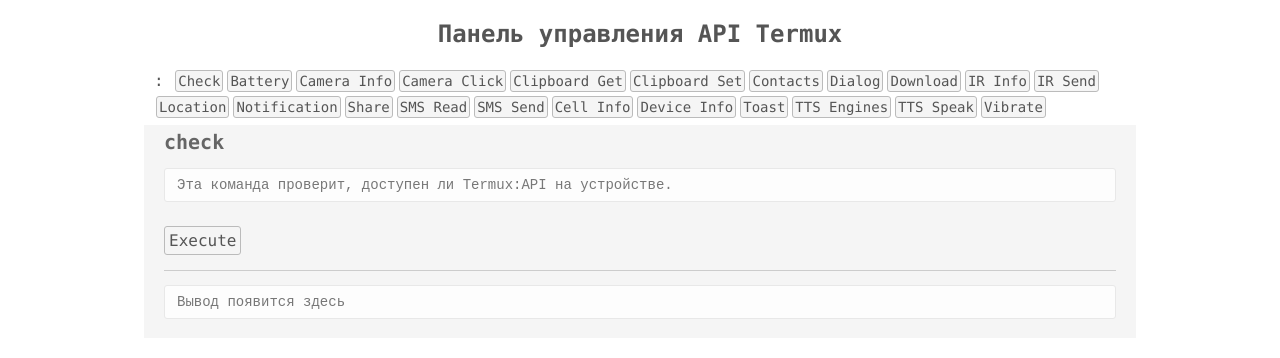
Repository: easy-quest/PHP-Termux-API
Page: http://localhost/api.php
The author's editor kept a copy of each file at every save. The page is drawn from the files as they stood at one save, then again after a run of saves.
The browser window is 1280 px wide. The pictures show the whole page.
The page is run by PHP 8.4 with error messages shown; the project is at /var/www/html/.

Above is the page before, as saved 2021-12-02 01:54:46.

### api.php
<?php
if(isset($_REQUEST['command']) && isset($_REQUEST['param'])){
  /* Check if Termux:API is available */
  if($_REQUEST['command']=="check"){
    $test = shell_exec('termux-battery-status -h');
    if (substr($test, 0, 5) === 'Usage'){
      die("Termux:API is available");
    }
    else{
      die("Termux:API is not available");
    }
  }

  $command=$_REQUEST['command'];
  $param=$_REQUEST['param'];
  if(!$param==""){
    $response=shell_exec("$command $param");
  }
  else{
    $response=shell_exec("$command");
  }

  echo $response;
  exit();
}
?>
<!DOCTYPE html>
<html>
<head>
<meta name="viewport" content="width=device-width, initial-scale=1.0">
<style>
* {
  box-sizing: border-box;
}
.btn{
  background-color:#f5f5f5;
  display: inline-block;
  color: #555;
  text-align: center;
  border: solid 1px #bbb;
  border-radius:3px;
}
.btn:hover{
  cursor: pointer;
  background-color: #ddd;
}
pre{
  padding:8px 12px;
  overflow-x:scroll;
  border: 1px solid #e8e8e8;
  border-radius:3px;
  background-color:#fdfdfd;
  color:#777;
  font-size:14px
}
code{
  border: 0;
  padding-right: 0;
  padding-left: 0;
}
  min-height:350px;
input{
  font-family:MonoSpace;
  color:#555;
  border:solid 1px #bbb;
  border-radius:4px;
  padding:4px;
  outline:none
}
.commands {
  max-width:992px;
  margin:auto;
  padding-left:10px;
  padding-right:10px;
}
.commands a {
  background-color:#f5f5f5;
  display: inline-block;
  color: #555;
  text-align: center;
  border: solid 1px #bbb;
  border-radius:3px;
  font-size:14px;
  color: #555;
  padding: 2px;
  margin:2px;
  text-decoration: none;
}
.commands a:hover{
  cursor: pointer;
  background-color: #ddd;
}
.execute{
  padding:4px;
  margin-top:10px;
}
.main {
  margin:auto;
  margin-top:5px;
  max-width:992px;
  padding:5px 20px;
  background:#f5f5f5;
}
#photo-link{
  padding:4px;
  margin-top:5px;
  margin-bottom:50px;
  text-decoration:none;
}

@media only screen and (max-width:992px) {
  .commands, .main{
    width:100%;
  }
}
</style>
</head>
<body style="color:#555;font-family:Consolas, MonoSpace;margin:0px;">
  <h2 style="text-align:center">Панель управления API Termux</h2>
  <div class="commands">
     :
    <a onclick="cmd(0)" href=#>Check</a><a onclick="cmd(1)" href=#>Battery</a><a onclick="cmd(2)" href=#>Camera Info</a><a onclick="cmd(3)" href=#>Camera Click</a><a onclick="cmd(4)" href=#>Clipboard Get</a><a onclick="cmd(5)" href=#>Clipboard Set</a><a onclick="cmd(6)" href=#>Contacts</a><a onclick="cmd(7)" href=#>Dialog</a><a onclick="cmd(8)" href=#>Download</a><a onclick="cmd(9)" href=#>IR Info</a><a onclick="cmd(10)" href=#>IR Send</a><a onclick="cmd(11)" href=#>Location</a><a onclick="cmd(12)" href=#>Notification</a><a onclick="cmd(13)" href=#>Share</a><a onclick="cmd(14)" href=#>SMS Read</a><a onclick="cmd(15)" href=#>SMS Send</a><a onclick="cmd(16)" href=#>Cell Info</a><a onclick="cmd(17)" href=#>Device Info</a><a onclick="cmd(18)" href=#>Toast</a><a onclick="cmd(19)" href=#>TTS Engines</a><a onclick="cmd(20)" href=#>TTS Speak</a><a onclick="cmd(21)" href=#>Vibrate</a>
  </div>
  <div class="main">
    <div id="command" style="color:#666;font-weight:bold;font-size:20px"></div>
    <pre style="white-space:pre-wrap;"><code id= "documentation"></code></pre>
    <div>
      <div id="param" style="margin-top:10px">
        <span style="">Enter parameters : </span>
        <input id="paramInput">
      </div>
      <div onclick="execute()" class="execute btn">Execute</div>
    </div>
    <div style="border-top:solid 1px #ccc;width:100%;height:1px;margin:auto;margin-top:15px;margin-bottom:5px;"></div>
    <pre><code id= "response"></code></pre>
  </div>

  <script>
  var api = {
    0:{command:"check",doc:"Эта команда проверит, доступен ли Termux:API на устройстве.",sampleParam:""},
    1:{command:"termux-battery-status",doc:"Usage: termux-battery-status\nGet the status of the device battery.",sampleParam:""},
    2:{command:"termux-camera-info",doc:"Usage: termux-camera-info\nGet information about device camera(s).",sampleParam:""},
    3:{command:"termux-camera-photo",doc:"Usage: termux-camera-photo [-c camera-id] output-file\nTake a photo and save it to a file in JPEG format.\n\n  -c camera-id  ID of the camera to use (see termux-camera-info), default: 0",sampleParam:"-c 0 photo.jpg"},
    4:{command:"termux-clipboard-get",doc:"Usage: termux-clipboard-get\nGet the system clipboard text.",sampleParam:""},
    5:{command:"termux-clipboard-set",doc:"Usage: termux-clipboard-set [text]\nSet the system clipboard text. The text to set is either supplied as arguments or read from stdin if no arguments are given.",sampleParam:"Hello"},
    6:{command:"termux-contact-list",doc:"Usage: termux-contact-list\nList all contacts.",sampleParam:""},
    7:{command:"termux-dialog",doc:"Usage: termux-dialog [-i hint] [-m] [-p] [-t title]\nShow a text entry dialog.\n\n  -i hint   the input hint to show when the input is empty\n  -m        use a textarea with multiple lines instead of a single\n  -p        enter the input as a password\n  -t title  the title to show for the input prompt",sampleParam:"-t Enter Something"},
    8:{command:"termux-download",doc:"Usage: termux-download [-d description] [-t title] url-to-download\nDownload a resource using the system download manager.\n\n  -d description  description for the download request notification\n  -t title        title for the download request notification",sampleParam:"-t Anupam http://g.jpg"},
    9:{command:"termux-infrared-frequencies",doc:"Usage: termux-infrared-frequencies\nQuery the infrared transmitter's supported carrier frequencies.",sampleParam:""},
    10:{command:"termux-infrared-transmit",doc:"Usage: termux-infrared-transmit -f frequency pattern\nTransmit an infrared pattern. The pattern is specified in comma-separated on/off intervals, such as '20,50,20,30'. Only patterns shorter than 2 seconds will be transmitted.\n\n  -f frequency  IR carrier frequency in Hertz",sampleParam:"-f 30000 20,50,20,30"},
    11:{command:"termux-location",doc:"usage: termux-location [-p provider] [-r request]\nGet the device location.\n\n  -p provider  location provider [gps/network/passive] (default: gps)\n  -r request   kind of request to make [once/last/updates] (default: once)",sampleParam:"-p gps -r once"},
    12:{command:"termux-notification",doc:"Usage: termux-notification [-c content] [-i id] [-t title] [-u url]\nDisplay a system notification.\n\n  -c content notification content to show\n  -i id      notification id (will overwrite any previous notification\n               with the same id)\n  -t title   notification title to show\n  -u url     notification url when clicking on it",sampleParam:"-c This is a notification -t Notification"},
    13:{command:"termux-share",doc:"Usage: termux-share [-a action] [-c content-type] [-d] [-t title] [file]\nShare a file specified as argument or the text received on stdin if no file argument is given.\n\n  -a action        which action to performed on the shared content:\n                     edit/send/view (default:view)\n  -c content-type  content-type to use (default: guessed from file extension,\n                     text/plain for stdin)\n  -d               share to the default receiver if one is selected\n                     instead of showing a chooser\n\n  -t title         title to use for shared content (default: shared file name)",sampleParam:"-a view photo.jpg"},
    14:{command:"termux-sms-inbox",doc:"Usage: termux-sms-inbox [-d] [-l limit] [-n] [-o offset]\nList received SMS messages.\n\n  -d         show dates when messages were created\n  -l limit   offset in sms list (default: 10)\n  -n         show phone numbers\n  -o offset  offset in sms list (default: 0)",sampleParam:"-l 10 -n -o 0"},
    15:{command:"termux-sms-send",doc:"Usage: termux-sms-send -n number[,number2,number3,...] [text]\nSend a SMS message to the specified recipient number(s). The text to send is either supplied as arguments or read from stdin if no arguments are given.\n\n  -n number(s)  recipient number(s) - separate multiple numbers by commas",sampleParam:"-n 1234567890 Hello"},
    16:{command:"termux-telephony-cellinfo",doc:"Usage: termux-telephony-cellinfo\nGet information about all observed cell information from all radios on the device including the primary and neighboring cells.",sampleParam:""},
    17:{command:"termux-telephony-deviceinfo",doc:"Usage: termux-telephony-deviceinfo\nGet information about the telephony device.",sampleParam:""},
    18:{command:"termux-toast",doc:"Usage: termux-toast [-s] [text]\nShow text in a Toast (a transient popup). The text to show is either supplied as arguments or read from stdin if no arguments are given.\n\n -s  only show the toast for a short while",sampleParam:"-s This is a toast"},
    19:{command:"termux-tts-engines",doc:"Usage: termux-tts-engines\nGet information about the available text-to-speech (TTS) engines. The name of an engine may be given to the termux-tts-speak command using the -e option.",sampleParam:""},
    20:{command:"termux-tts-speak",doc:"Usage: termux-tts-speak [-e engine] [-l language] [-p pitch] [-r rate] [-s stream] [text-to-speak]\nSpeak text with a system text-to-speech (TTS) engine. The text to speak is either supplied as arguments or read from stdin if no arguments are given.\n\n  -e engine    TTS engine to use (see termux-tts-engines)\n  -l language  language to speak in (may be unsupported by the engine)\n  -p pitch     pitch to use in speech. 1.0 is the normal pitch,\n                 lower values lower the tone of the synthesized voice,\n                 greater values increase it.\n  -r rate      speech rate to use. 1.0 is the normal speech rate,\n                 lower values slow down the speech\n                 (0.5 is half the normal speech rate)\n                 while greater values accelerates it\n                 (2.0 is twice the normal speech rate).\n  -s stream    audio stream to use (default:NOTIFICATION), one of:\n                 ALARM, MUSIC, NOTIFICATION, RING, SYSTEM, VOICE_CALL",sampleParam:"-p 1.3 Hello How are you"},
    21:{command:"termux-vibrate",doc:"Usage: termux-vibrate [-d duration] [-f]\nVibrate the device.\n\n  -d duration  the duration to vibrate in ms (default:1000)\n  -f           force vibration even in silent mode",sampleParam:"-d 500"}
  }

  //default values
  var command = api[0].command;
  var param = "";
  var doc = api[0].doc;
  var msg = "Вывод появится здесь";

  document.getElementById("param").hidden= true;
  document.getElementById("response").innerHTML = msg;
  document.getElementById("command").innerHTML = command;
  document.getElementById("documentation").innerHTML = doc;

/** Function to select command and sampleParam*/
  function cmd(id=0){
    command = api[id].command;
    var doc = api[id].doc;
    var sampleParam = api[id].sampleParam;
    document.getElementById("documentation").innerHTML = doc;
    document.getElementById("command").innerHTML = command;
    document.getElementById("response").innerHTML = msg;
    var photoLink = document.getElementById("photo-link");
    if(photoLink){
      photoLink.parentNode.removeChild(photoLink);
    }
    if(sampleParam==""){
      document.getElementById("param").hidden = true;
      document.getElementById("paramInput").value = "";
    }
    else{
      document.getElementById("param").hidden = false;
      document.getElementById("paramInput").value = sampleParam;
    }
  }

/** Function to send AJAX Request with command and param, then show the response*/
  function execute(){
    param = document.getElementById("paramInput").value;
    var xhttp = new XMLHttpRequest();
    xhttp.onreadystatechange = function() {
      if(this.readyState == 1){
        document.getElementById("response").innerHTML = "server connection established";
      }
      if(this.readyState == 2){
        document.getElementById("response").innerHTML = "request received";
      }
      if(this.readyState == 3){
        document.getElementById("response").innerHTML = "processing request";
      }
      if (this.readyState == 4 && this.status == 200) {
        document.getElementById("response").innerHTML = this.responseText;
        if(command=="termux-camera-photo"){
          var name = param.substring(5);
          var l = document.createElement("a");
          var text = document.createTextNode("View Image");
          l.appendChild(text);
          l.setAttribute("href",name);
          l.setAttribute("target","_blank");
          l.setAttribute("id","photo-link");
          l.setAttribute("class","btn");
          document.getElementById("response").parentElement.parentElement.appendChild(l);
        }
      }
    };
    xhttp.open("POST", "<?php echo basename(__FILE__);?>", true);
    xhttp.setRequestHeader("Content-type", "application/x-www-form-urlencoded");
    xhttp.send("command=" + command + "&param=" + param);
  }
  </script>
</body>
</html>

After the next 2 saves:
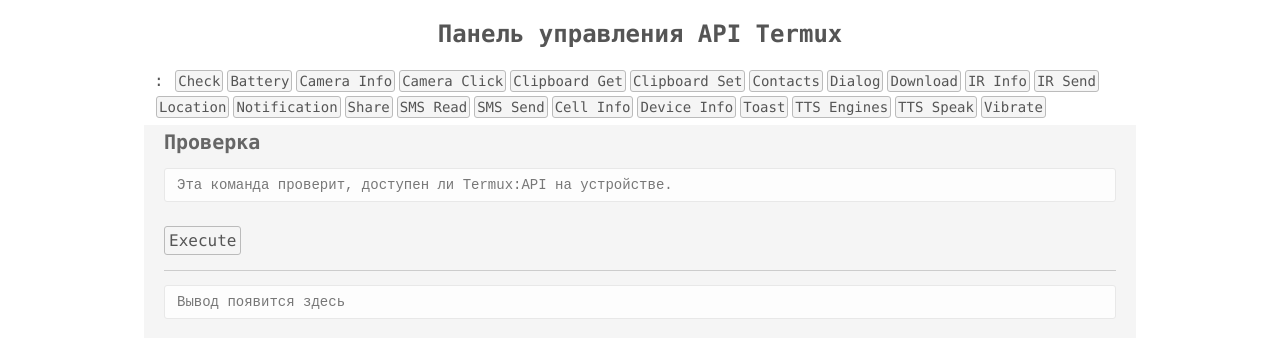
The 2 saves are shown as one change because they came seconds apart.
The last was saved 43 s later.
--- a/api.php
+++ b/api.php
@@ -137,7 +137,7 @@
 
   <script>
   var api = {
-    0:{command:"check",doc:"Эта команда проверит, доступен ли Termux:API на устройстве.",sampleParam:""},
+    0:{command:"Проверка",doc:"Эта команда проверит, доступен ли Termux:API на устройстве.",sampleParam:""},
     1:{command:"termux-battery-status",doc:"Usage: termux-battery-status\nGet the status of the device battery.",sampleParam:""},
     2:{command:"termux-camera-info",doc:"Usage: termux-camera-info\nGet information about device camera(s).",sampleParam:""},
     3:{command:"termux-camera-photo",doc:"Usage: termux-camera-photo [-c camera-id] output-file\nTake a photo and save it to a file in JPEG format.\n\n  -c camera-id  ID of the camera to use (see termux-camera-info), default: 0",sampleParam:"-c 0 photo.jpg"},
